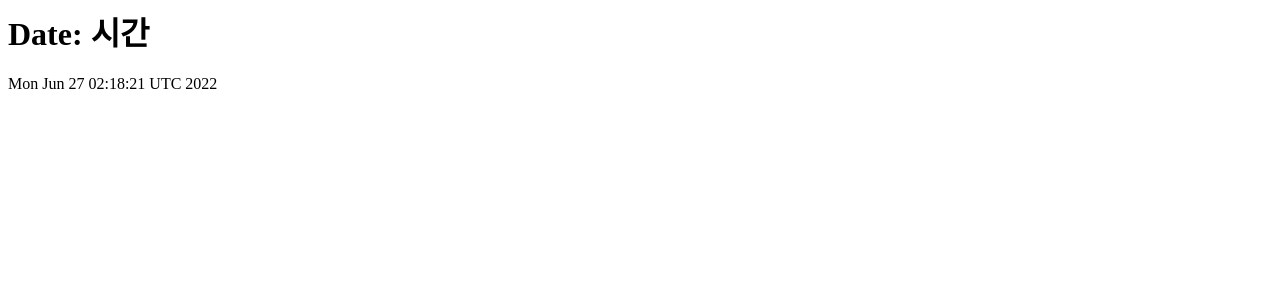
Repository: hrk09/JSPServlet
Page: http://localhost/edu/exam01.jsp
An editor plug-in stored every save of this project. The page is shown before and after a run of saves, followed by the edit.
The browser window is 1280 px wide. The pictures show the whole page.
The page is served by Tomcat 9. Nobody is signed in. The application's start-up code is not run.

Above is the page before, as saved 2022-06-30 04:29:35.

After the next 3 saves:
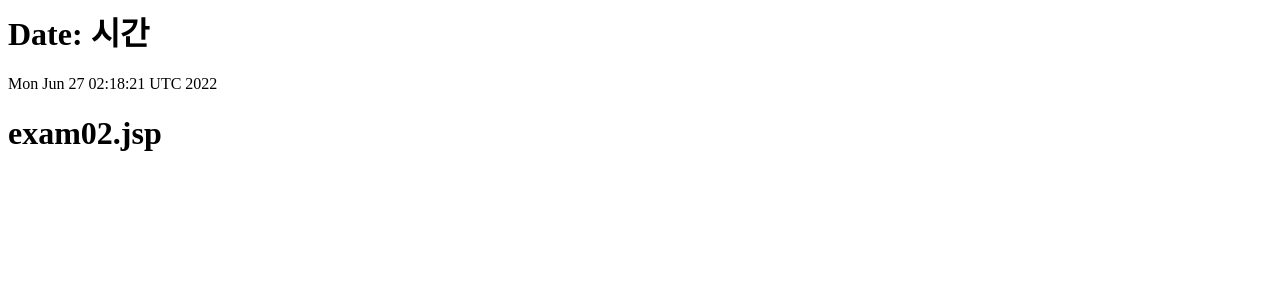
The 3 saves are shown as one change because 2 did not build or start.
The last was saved 2 min 3 s later.
--- a/edu/WebContent/exam01.jsp
+++ b/edu/WebContent/exam01.jsp
@@ -4,4 +4,6 @@
 <h1>Date: 시간</h1>
 
 <% Date d = new Date();	%>
-<%= d %> <!--  out.print(d); -->
+<%= d %> <!--  out.print(d); 랑 같은 의미--> <br>
+
+<%@ include	file="exam02.jsp"	%>
